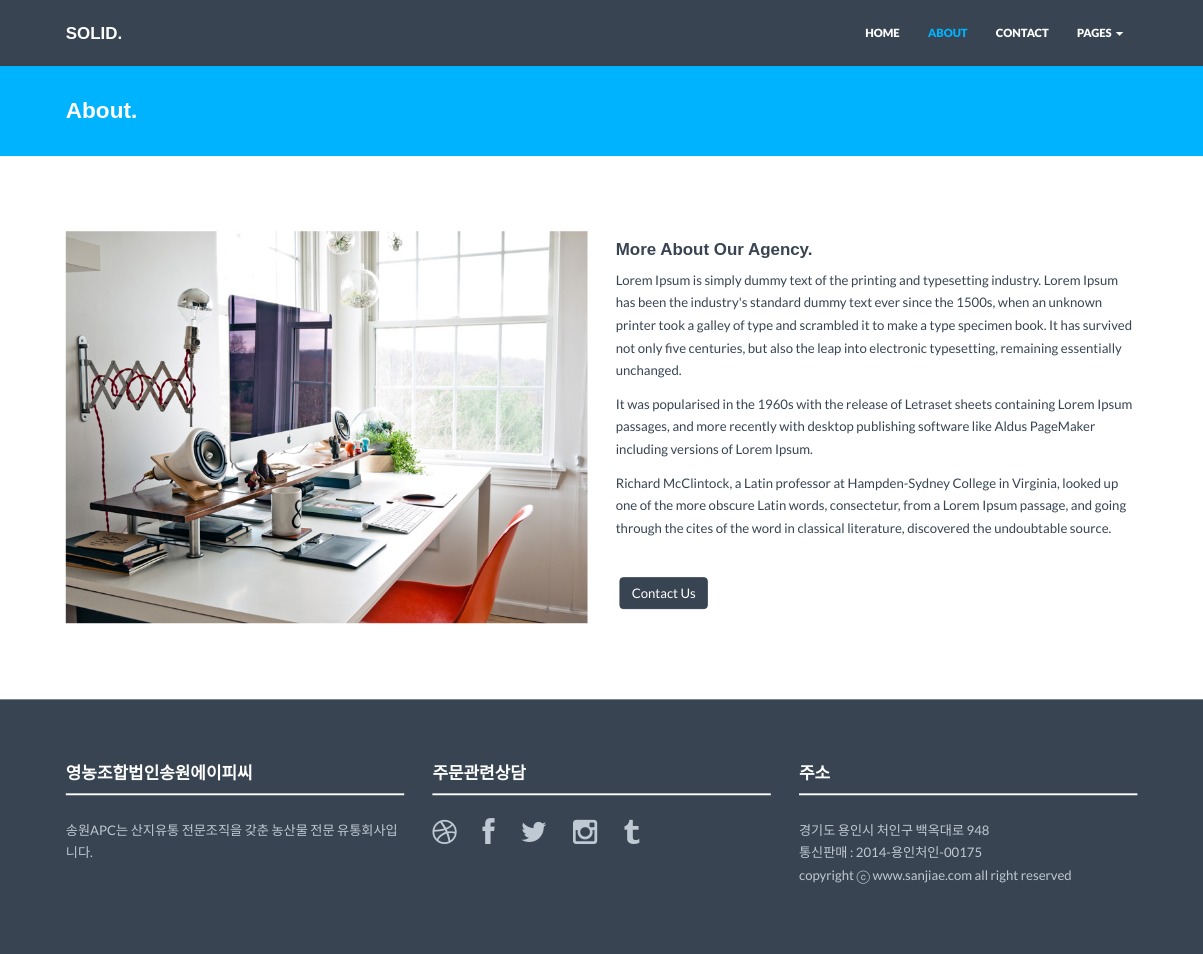
Repository: CHOKIHO/html
Page: work/0113/WebContent/about.html
These files come from the project's save history. The page is drawn as it stood at one moment and after the next save; the edit follows.
The browser window is 1280 px wide. The pictures show the whole page, at 94% of full size.
Some web fonts or font styles are not loaded; a fallback is used. Some web libraries are served in a nearby version.

Above is the page before, as saved 2017-01-13 07:34:36.

After the next save:
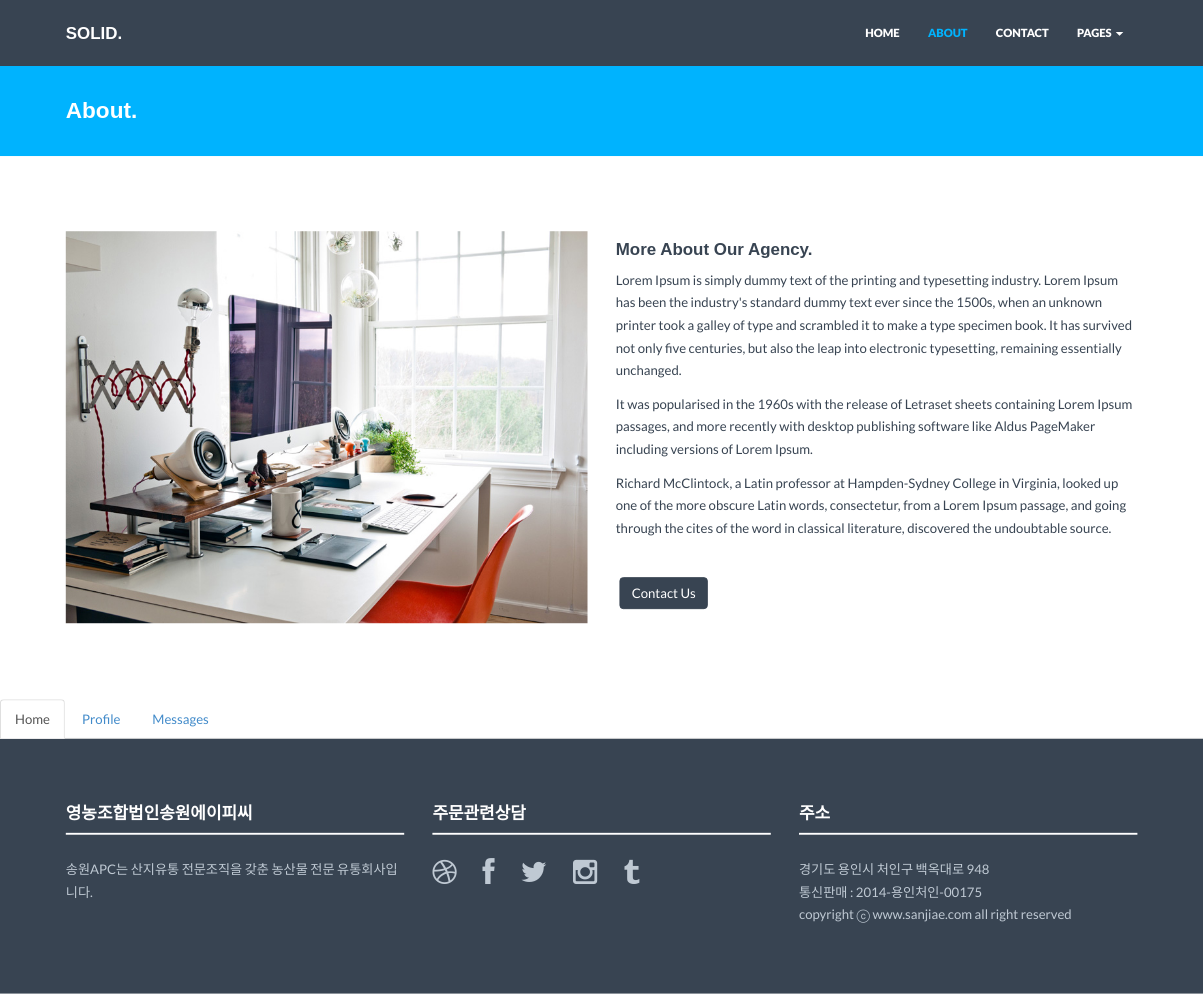
Saved 3 min 16 s later.
--- a/work/0113/WebContent/about.html
+++ b/work/0113/WebContent/about.html
@@ -96,6 +96,13 @@
 	 </div><! --/container -->
 
 
+	<ul class="nav nav-tabs">
+	  <li role="presentation" class="active"><a href="#">Home</a></li>
+	  <li role="presentation"><a href="#">Profile</a></li>
+	  <li role="presentation"><a href="#">Messages</a></li>
+	</ul>
+
+
 	<!-- *****************************************************************************************************************
 	 FOOTER
 	 ***************************************************************************************************************** -->

After the save that followed:
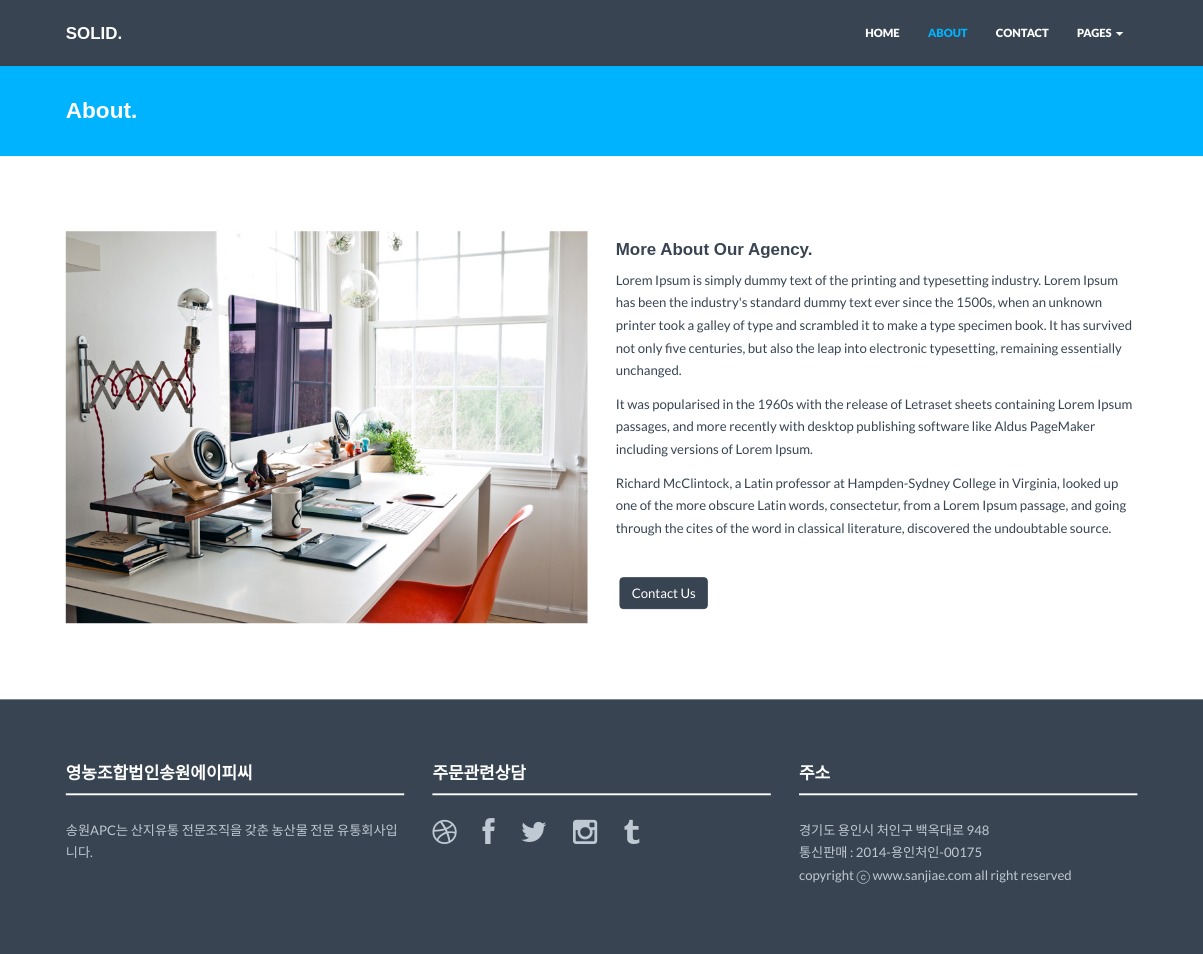
Saved 58 s later.
--- a/work/0113/WebContent/about.html
+++ b/work/0113/WebContent/about.html
@@ -8,7 +8,7 @@
     <meta name="author" content="">
     <link rel="shortcut icon" href="assets/ico/favicon.ico">
 
-    <title>SOLID - Bootstrap 3 Theme</title>
+    <title>산지애(Bootstrap-SOLID)</title>
 
     <!-- Bootstrap core CSS -->
     <link href="assets/css/bootstrap.css" rel="stylesheet">
@@ -96,11 +96,6 @@
 	 </div><! --/container -->
 
 
-	<ul class="nav nav-tabs">
-	  <li role="presentation" class="active"><a href="#">Home</a></li>
-	  <li role="presentation"><a href="#">Profile</a></li>
-	  <li role="presentation"><a href="#">Messages</a></li>
-	</ul>
 
 
 	<!-- *****************************************************************************************************************
